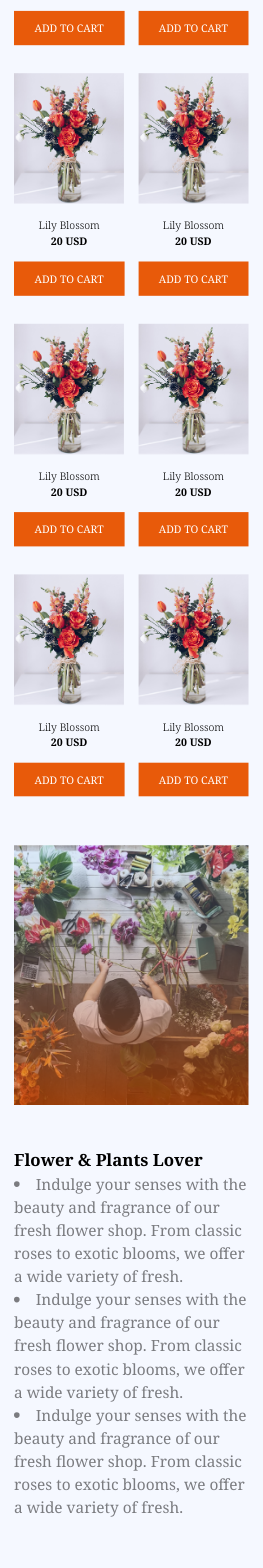
Repository: nahid-hasann/website-7
Page: index.html
The author's editor kept a copy of each file at every save. The page is drawn from the files as they stood at one save, then again after a run of saves.
The browser window is 375 px wide. The pictures show the part of the page from y = 1131 to 3371 px (the page is 3371 px tall before and 3128 px after), at 70% of full size.
Some web libraries are served in a nearby version.

Above is the page before, as saved 2025-07-24 13:14:58.

After the next 2 saves:
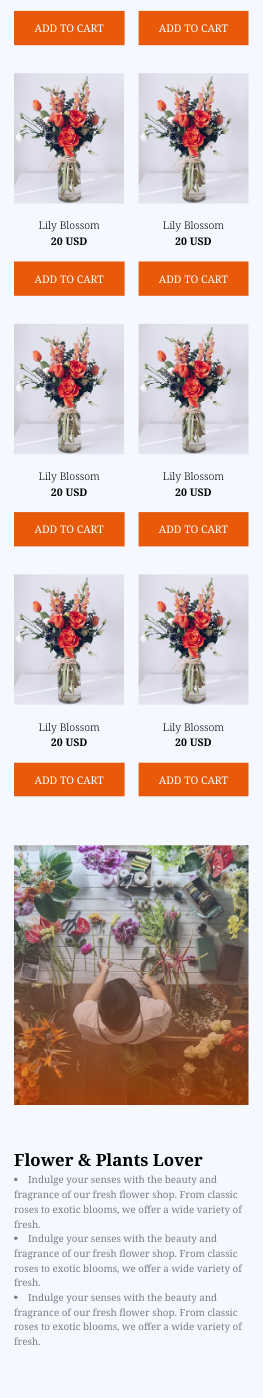
The 2 saves are shown as one change because they came seconds apart.
The last was saved 7 s later.
--- a/style.css
+++ b/style.css
@@ -284,7 +284,7 @@ nav{
 }
 
 .plants-lover-content or li{
-    font
-}
-
-}
+    font-size: 14px;
+}
+
+}
